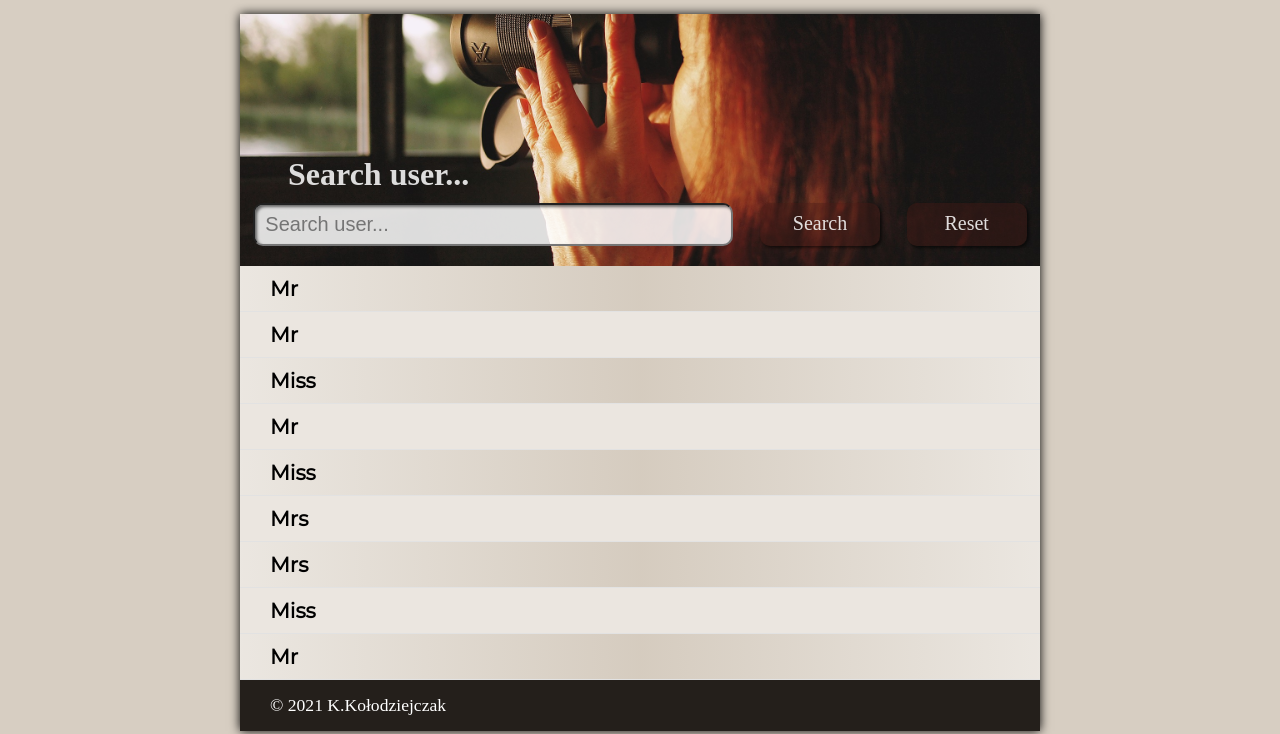
Repository: KrzysKolo/sr_tydzien5_zad4
Page: /
An editor plug-in stored every save of this project. The page is shown before and after the next save, followed by the edit.
The browser window is 1280 px wide. The pictures show the whole page.
Some web fonts or font styles are not loaded; a fallback is used. The project was rebuilt for these pictures with package versions that can differ from the ones it lists, and the page was loaded fresh each time. Also part of the build but not shown: src/components/userContainerComponents/Error.js.

Above is the page before, as saved 2021-01-05 15:57:52.

After the next save:
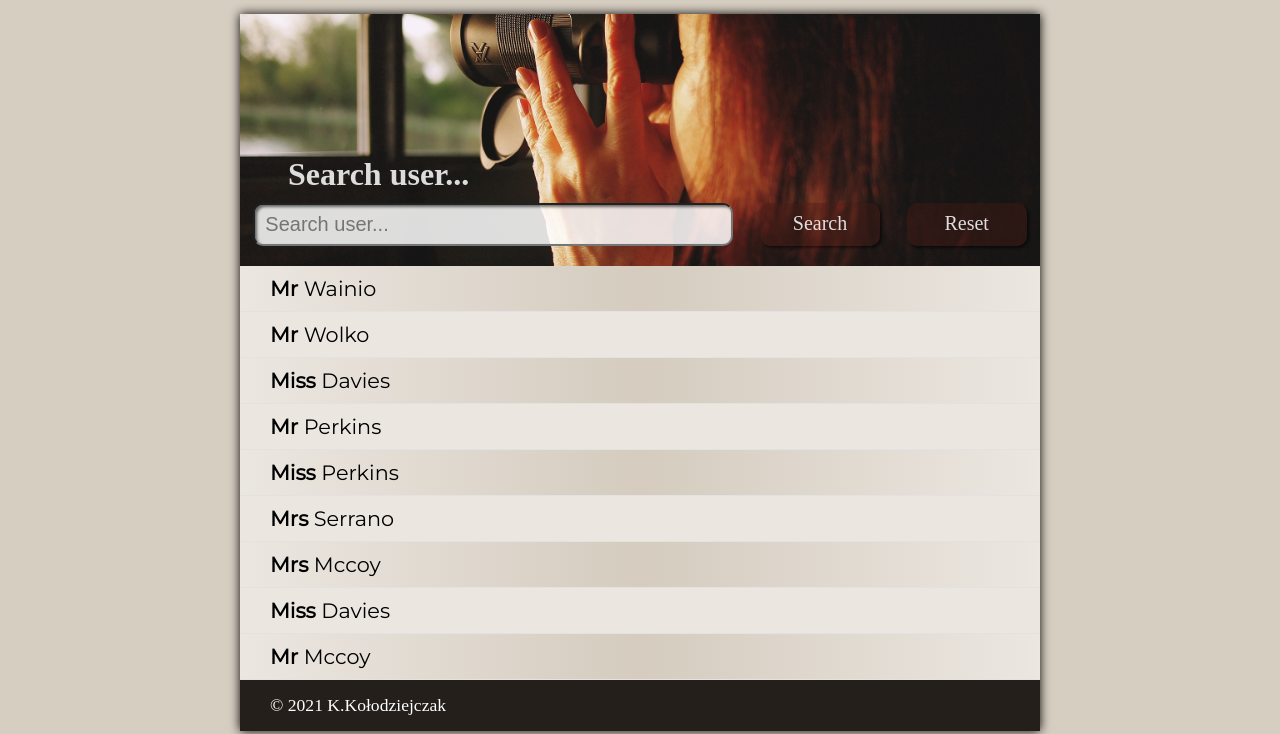
Saved 36 s later.
--- a/src/components/userContainerComponents/UserList.js
+++ b/src/components/userContainerComponents/UserList.js
@@ -4,7 +4,7 @@ import Loading from './Loading';
 const UserList = ( { loading, users }) => {
 
     const user = users.map(user => (
-        <li className="user" key={user.id}><b>{user.title}</b> {user.first} {user.last}</li>
+        <li className="user" key={user.id}><b>{user.title}</b> {user.firstnme} {user.lastname}</li>
       ))
     return (
         loading ? <Loading /> : <ul>{user}</ul>
